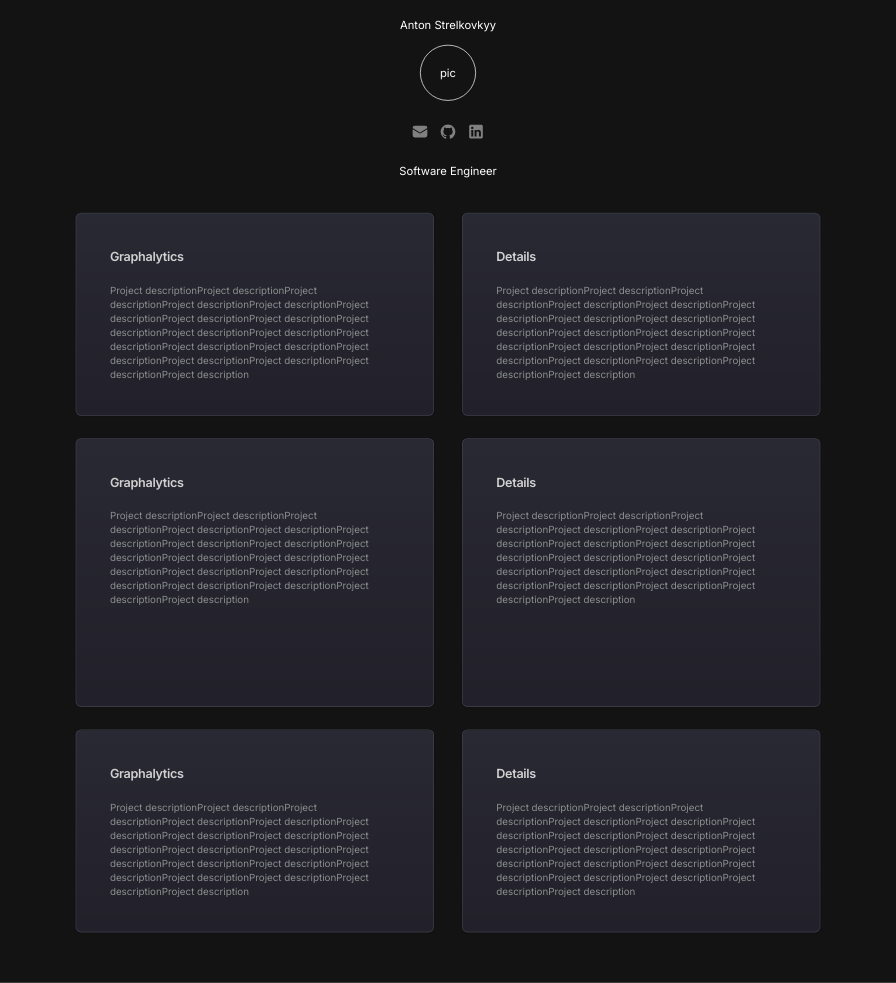
Repository: Fortivera/Anton
Page: /
These files come from the project's save history. The page is drawn as it stood at one moment and after the next save; the edit follows.
The browser window is 1280 px wide. The pictures show the whole page, at 70% of full size.
The project was rebuilt for these pictures with package versions that can differ from the ones it lists, and the page was loaded fresh each time. The framework's server and built-in components were replaced by stand-ins that run in the browser. Also part of the build but not shown: next.config.mjs.

Above is the page before, as saved 2024-05-02 16:05:34.

After the next save:
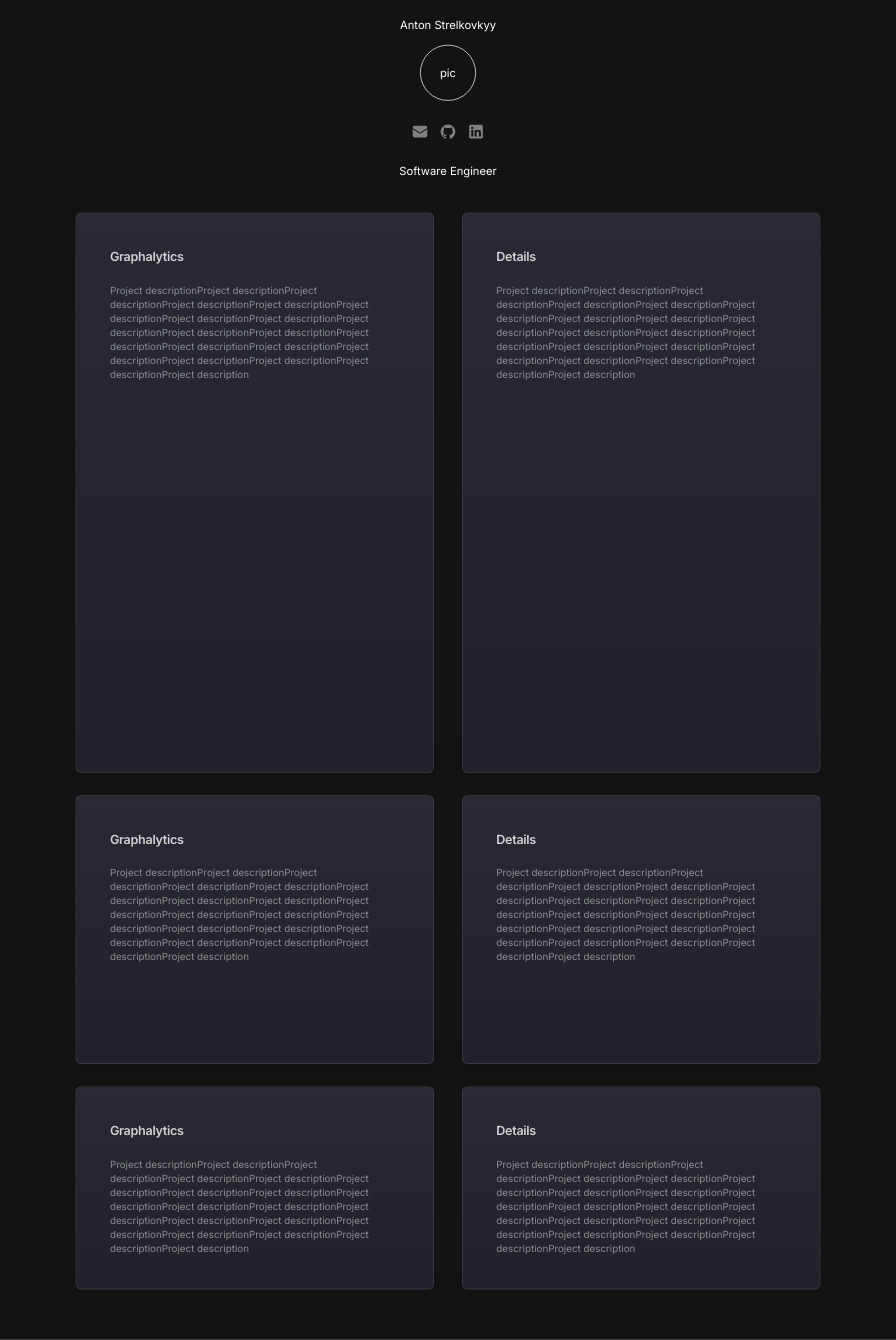
Saved 87 s later.
--- a/app/page.tsx
+++ b/app/page.tsx
@@ -26,7 +26,7 @@ export default function Home() {
         </section>
         <section className="hidden sm:grid grid-cols-1 gap-8 justify-items-center py-12" id="projects">
           <div className="flex flex-row space-x-10">
-            <Card className="max-w-lg relative p-6 border rounded-lg bg-opacity-10 bg-[#9d94e9] border-[#60647872] bg-gradient-to-b from-[#35374366] to-[#24212b65]">
+            <Card className="max-w-lg h-[50rem] relative p-6 border rounded-lg bg-opacity-10 bg-[#9d94e9] border-[#60647872] bg-gradient-to-b from-[#35374366] to-[#24212b65]">
               <CardHeader>
                 <CardTitle className="text-lg font-semibold text-[#D1D1D2]">Graphalytics</CardTitle>
               </CardHeader>
